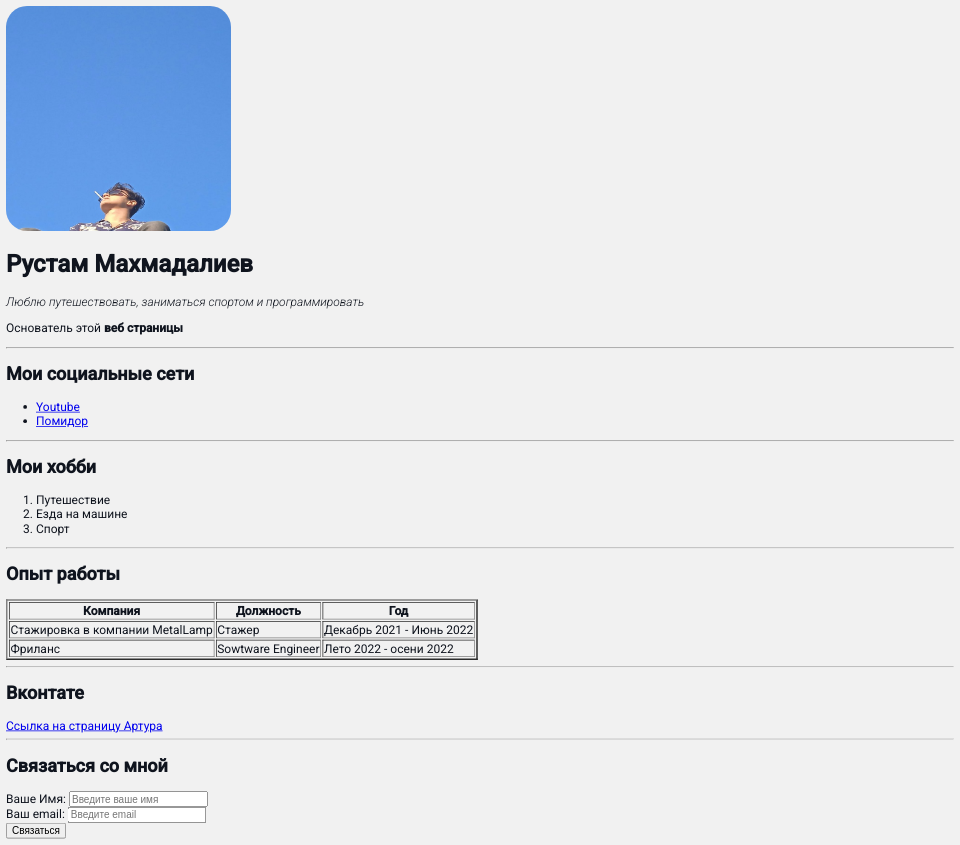
Repository: RustamMakh/html
Page: index.html
The author's editor kept a copy of each file at every save. The page is drawn from the files as they stood at one save, then again after the next save.
The browser window is 1280 px wide. The pictures show the whole page, at 75% of full size.

Above is the page before, as saved 2022-06-13 21:14:25.

After the next save:
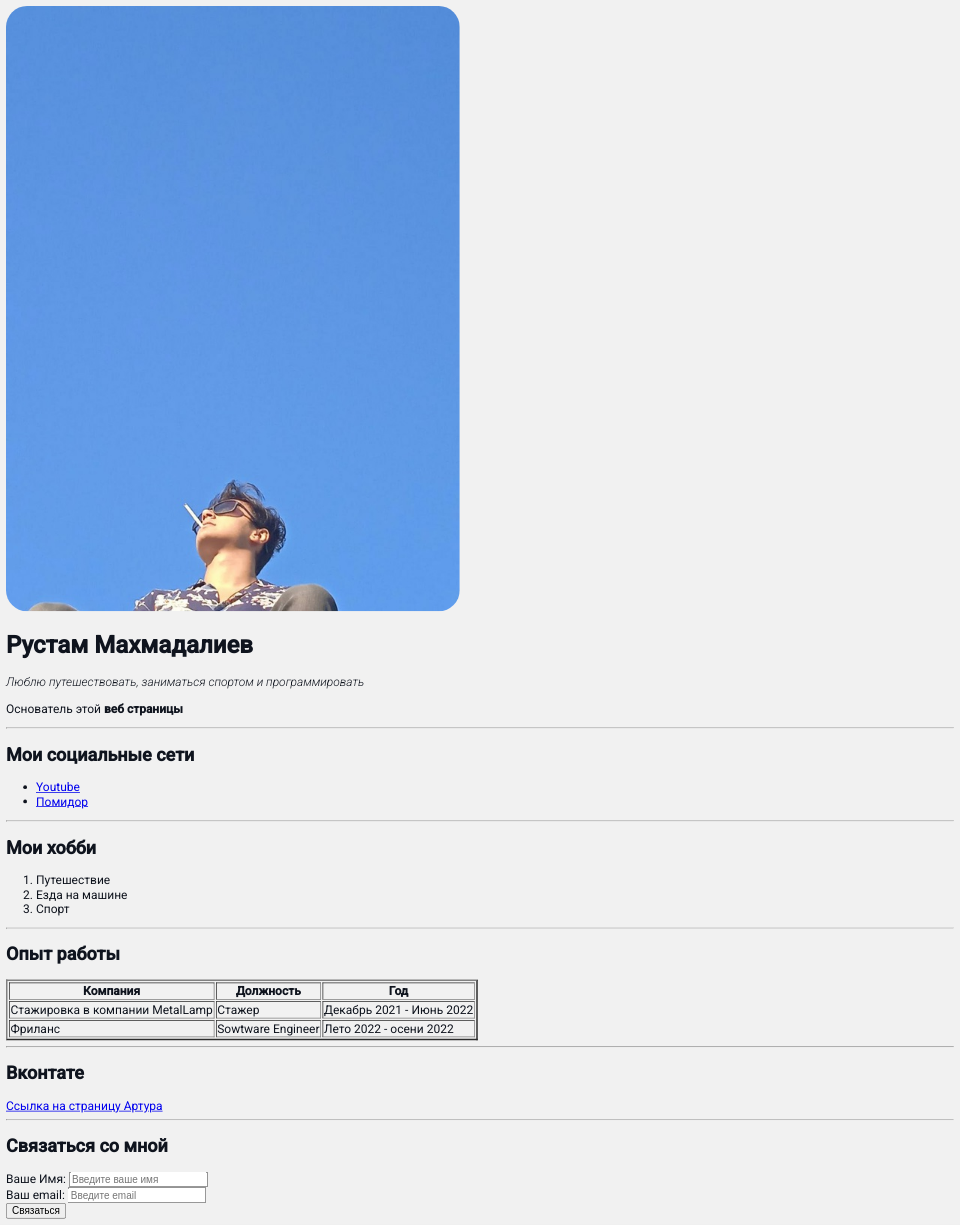
Saved 6 min 55 s later.
--- a/styles.css
+++ b/styles.css
@@ -8,7 +8,7 @@
     font-family: 'Roboto', sans-serif;
 }
 .avatar {
-    width: 300px;
-    height: 300px;
+    width: 200;
+
     border-radius: 28px;
 }

After the save that followed:
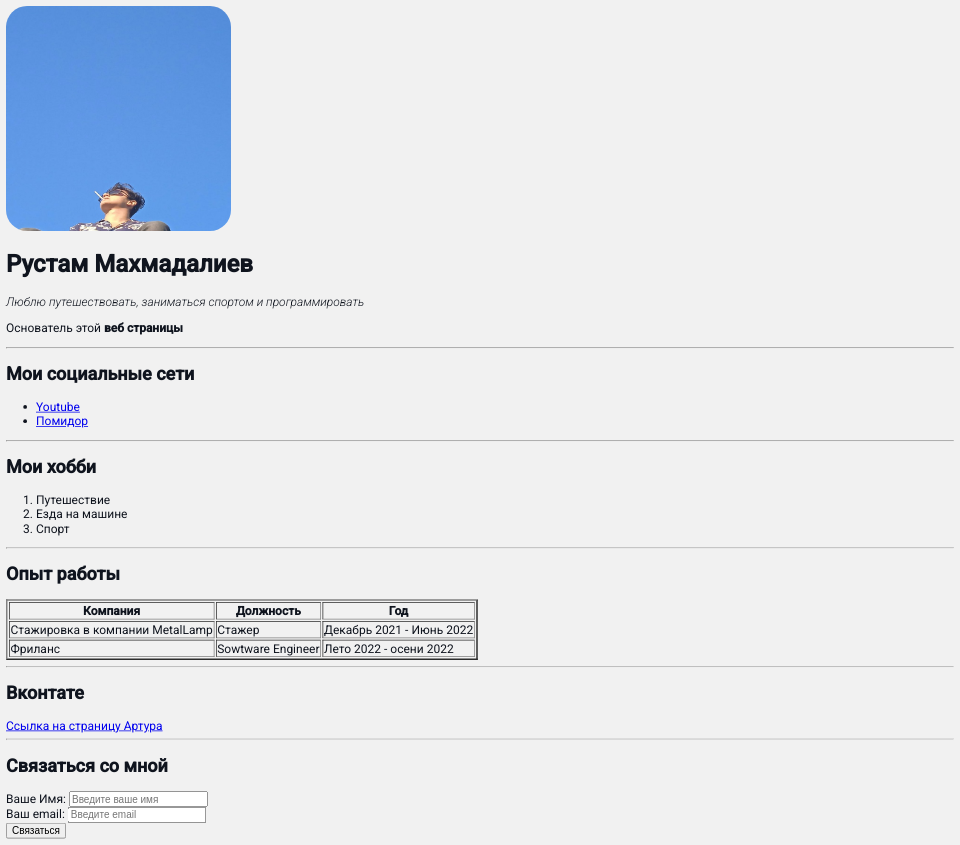
Saved 7 s later.
--- a/styles.css
+++ b/styles.css
@@ -8,7 +8,7 @@
     font-family: 'Roboto', sans-serif;
 }
 .avatar {
-    width: 200;
-
+    width: 300px;
+    height: 300px;
     border-radius: 28px;
 }
